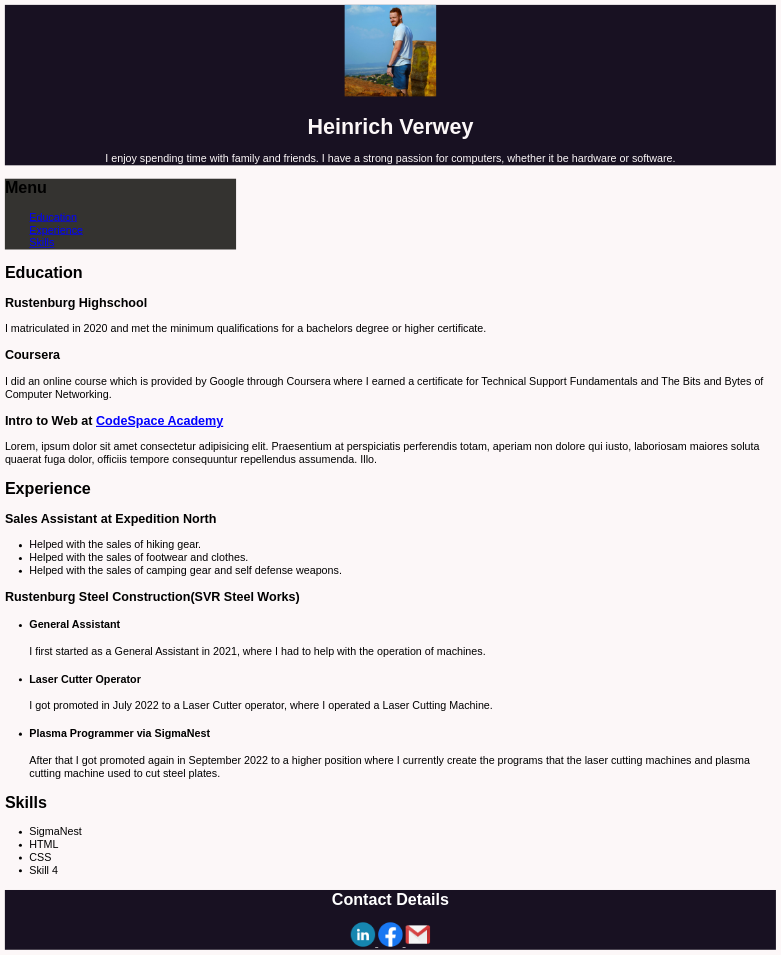
Repository: W3asl3y/IntroToWebDesign
Page: index.html
These files come from the project's save history. The page is drawn as it stood at one moment and after the next save; the edit follows.
The browser window is 1280 px wide. The pictures show the whole page, at 61% of full size.

Above is the page before, as saved 2022-10-22 14:38:53.

After the next save:
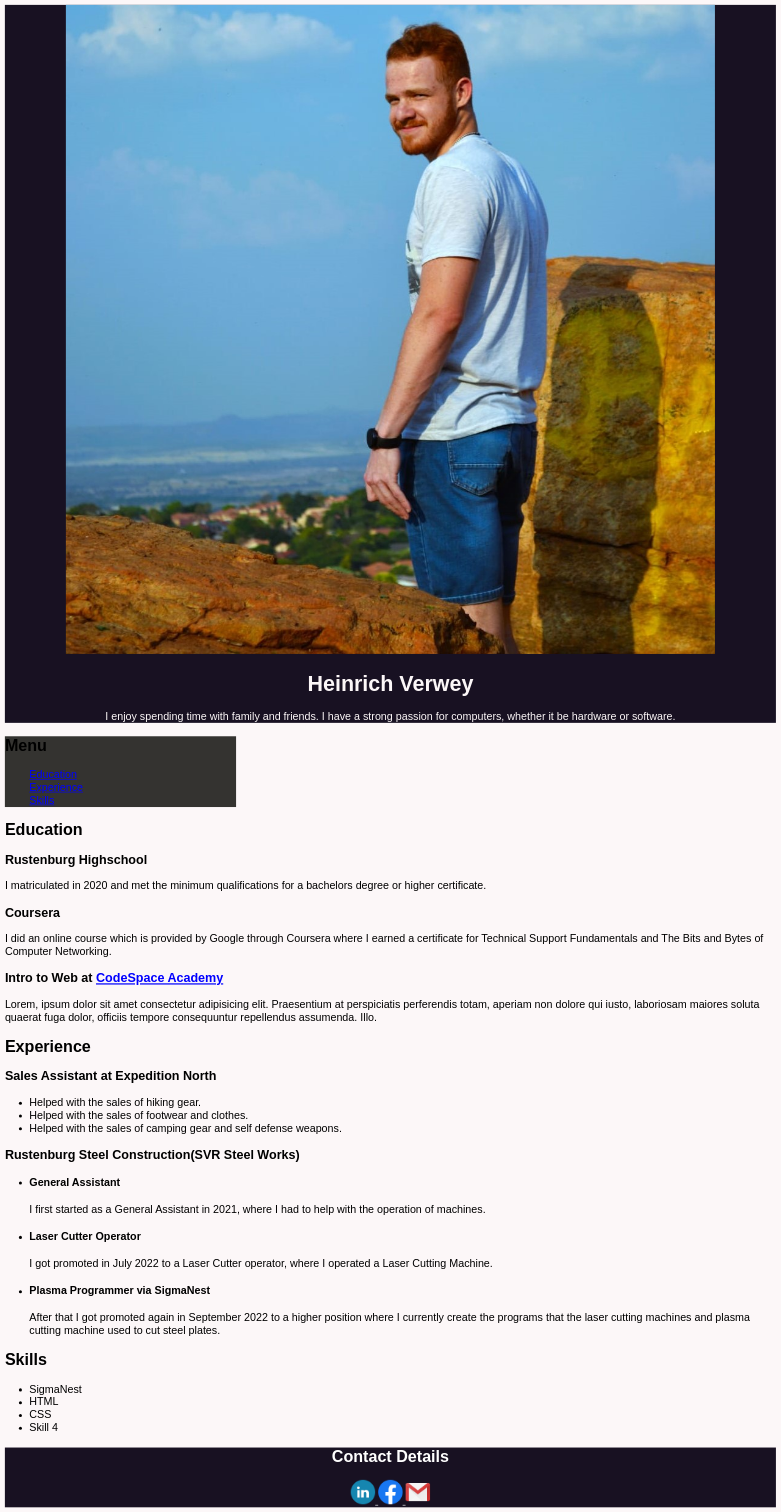
Saved 15 s later.
--- a/index.html
+++ b/index.html
@@ -11,7 +11,7 @@
     </head>
     <body>
         <header id="heading">
-            <img src="images/heinrich.jpg" alt="My profile picture" width="150px" height="150px" object-fit="cover" >
+            <img class="profile picture" src="images/heinrich.jpg" alt="My profile picture" >
             <h1>
                  Heinrich Verwey
             </h1>

After the 4 saves that followed:
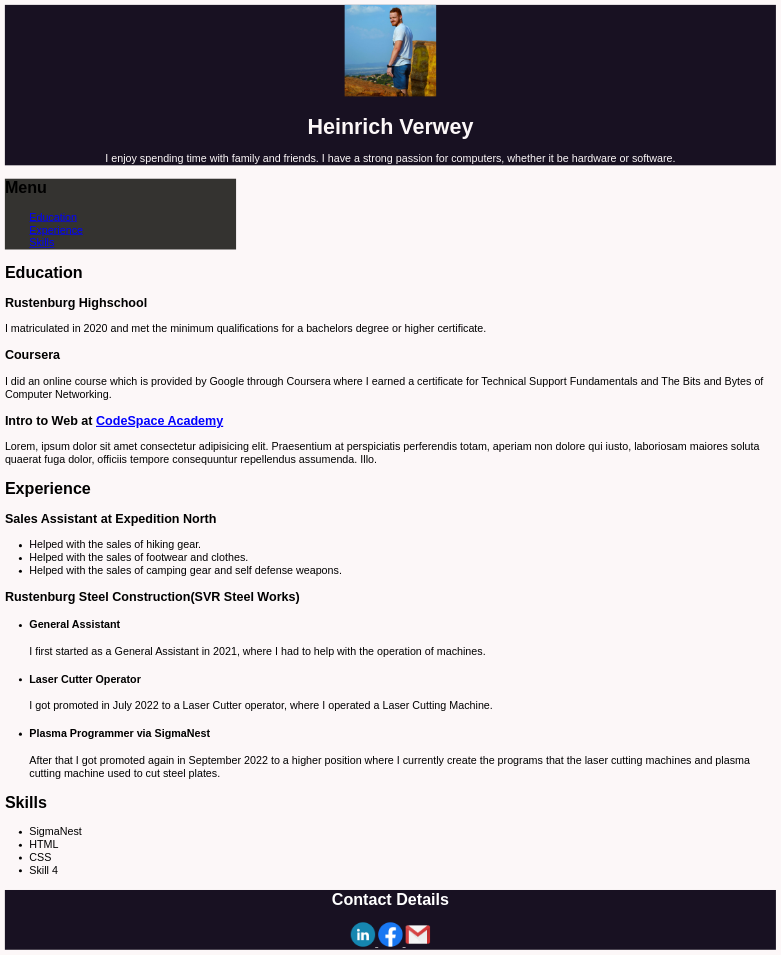
The 4 saves are shown as one change because 3 left the picture as it was.
The last was saved 6 min 6 s later.
--- a/index.html
+++ b/index.html
@@ -11,7 +11,7 @@
     </head>
     <body>
         <header id="heading">
-            <img class="profile picture" src="images/heinrich.jpg" alt="My profile picture" >
+            <img class="profile picture" src="images/heinrich.jpg" alt="My profile picture" width="150px" height="150px" object-fit="cover" >
             <h1>
                  Heinrich Verwey
             </h1>
--- a/CSS/stylesheet.css
+++ b/CSS/stylesheet.css
@@ -11,9 +11,9 @@ header {
 }
 
 #profile picture {
-     object-fit: cover;
-     width: 150px;
-     height: 150px;
+
+     width: 266.5px;
+     height: 399.75px;
 }
 
 #sidebar {
